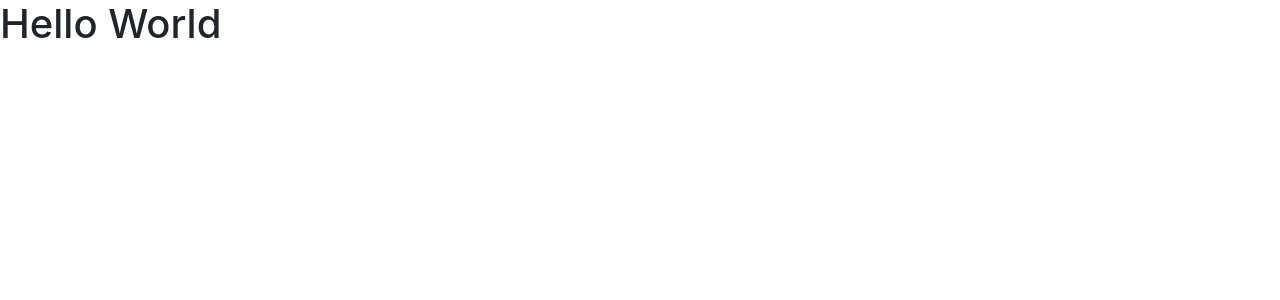
Repository: Bansal140899/eclipse-workspace
Page: http://localhost/ENotesProject/
These files come from the project's save history. The page is drawn as it stood at one moment and after the next save; the edit follows.
The browser window is 1280 px wide. The pictures show the whole page.
The page is served by Tomcat 10. Other server files are loaded and not shown.

Above is the page before, as saved 2025-12-21 03:19:57.

### ENotesProject/src/main/webapp/index.jsp
<%@ page language="java" contentType="text/html; charset=UTF-8"
    pageEncoding="UTF-8"%>
<!DOCTYPE html PUBLIC "-//W3C//DTD HTML 4.01 Transitional//EN" "http://www.w3.org/TR/html4/loose.dtd">
<html>
<head>
<meta http-equiv="Content-Type" content="text/html; charset=UTF-8">
<title>Home Page</title>
 <%@include file = "All_Component/allcss.jsp" %>
</head>
<body>
 <h1>Hello World </h1>
</body>
</html>

### ENotesProject/src/main/webapp/All_Component/allcss.jsp
<link rel="stylesheet"
	href="https://cdn.jsdelivr.net/npm/bootstrap@4.6.2/dist/css/bootstrap.min.css"
	integrity="sha384-xOolHFLEh07PJGoPkLv1IbcEPTNtaed2xpHsD9ESMhqIYd0nLMwNLD69Npy4HI+N"
	crossorigin="anonymous">

<link rel="stylesheet"
	href="https://cdnjs.cloudflare.com/ajax/libs/font-awesome/4.7.0/css/font-awesome.min.css">
<link rel="stylesheet" href="css/style.css">

<script
	src="https://cdn.jsdelivr.net/npm/jquery@3.5.1/dist/jquery.slim.min.js"
	integrity="sha384-DfXdz2htPH0lsSSs5nCTpuj/zy4C+OGpamoFVy38MVBnE+IbbVYUew+OrCXaRkfj"
	crossorigin="anonymous"></script>
<script
	src="https://cdn.jsdelivr.net/npm/popper.js@1.16.1/dist/umd/popper.min.js"
	integrity="sha384-9/reFTGAW83EW2RDu2S0VKaIzap3H66lZH81PoYlFhbGU+6BZp6G7niu735Sk7lN"
	crossorigin="anonymous"></script>
<script
	src="https://cdn.jsdelivr.net/npm/bootstrap@4.6.2/dist/js/bootstrap.min.js"
	integrity="sha384-+sLIOodYLS7CIrQpBjl+C7nPvqq+FbNUBDunl/OZv93DB7Ln/533i8e/mZXLi/P+"
	crossorigin="anonymous"></script>

### ENotesProject/src/main/webapp/All_Component/navbar.jsp
<nav class="navbar navbar-expand-lg navbar-light bg-light">
  <a class="navbar-brand" href="#">Navbar</a>
  <button class="navbar-toggler" type="button" data-toggle="collapse" data-target="#navbarSupportedContent" aria-controls="navbarSupportedContent" aria-expanded="false" aria-label="Toggle navigation">
    <span class="navbar-toggler-icon"></span>
  </button>

  <div class="collapse navbar-collapse" id="navbarSupportedContent">
    <ul class="navbar-nav mr-auto">
      <li class="nav-item active">
        <a class="nav-link" href="#">Home <span class="sr-only">(current)</span></a>
      </li>
      <li class="nav-item">
        <a class="nav-link" href="#">Link</a>
      </li>
      <li class="nav-item dropdown">
        <a class="nav-link dropdown-toggle" href="#" role="button" data-toggle="dropdown" aria-expanded="false">
          Dropdown
        </a>
        <div class="dropdown-menu">
          <a class="dropdown-item" href="#">Action</a>
          <a class="dropdown-item" href="#">Another action</a>
          <div class="dropdown-divider"></div>
          <a class="dropdown-item" href="#">Something else here</a>
        </div>
      </li>
      <li class="nav-item">
        <a class="nav-link disabled">Disabled</a>
      </li>
    </ul>
    <form class="form-inline my-2 my-lg-0">
      <input class="form-control mr-sm-2" type="search" placeholder="Search" aria-label="Search">
      <button class="btn btn-outline-success my-2 my-sm-0" type="submit">Search</button>
    </form>
  </div>
</nav>

Loaded but not shown: ENotesProject/src/main/webapp/css/style.css (no copy from this time; the picture is the same without it)

After the next save:
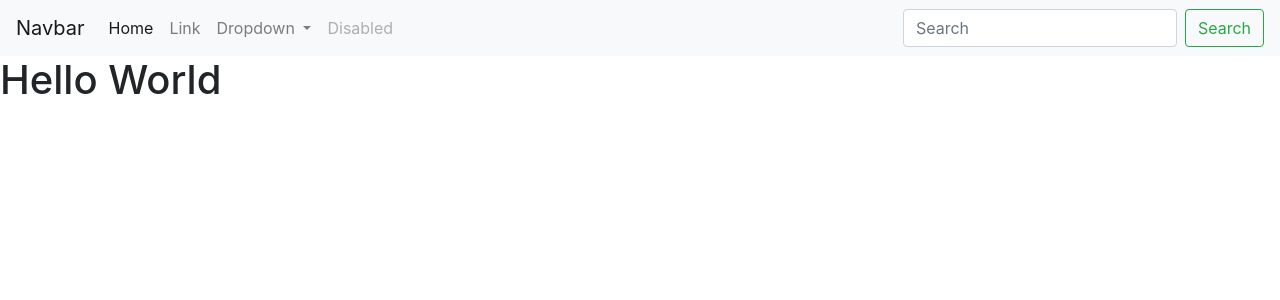
Saved 2 min 5 s later.
--- a/ENotesProject/src/main/webapp/index.jsp
+++ b/ENotesProject/src/main/webapp/index.jsp
@@ -8,6 +8,7 @@
  <%@include file = "All_Component/allcss.jsp" %>
 </head>
 <body>
+<%@include file="All_Component/navbar.jsp" %>
  <h1>Hello World </h1>
 </body>
 </html>
